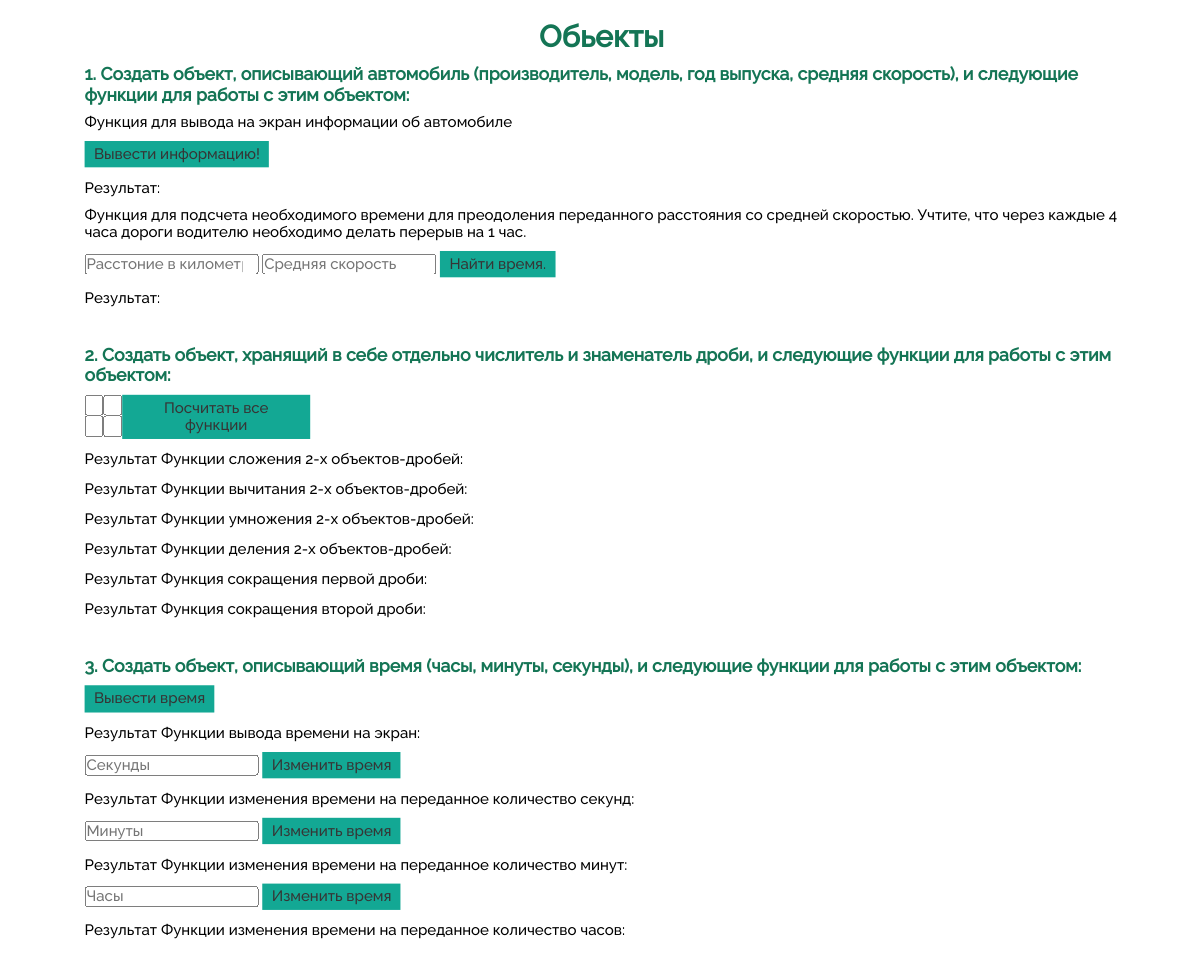
Repository: NastyaGavrilova/Beetroot-js
Page: HW4/index.html
An editor plug-in stored every save of this project. The page is shown before and after the next save, followed by the edit.
The browser window is 1280 px wide. The pictures show the whole page, at 94% of full size.

Above is the page before, as saved 2021-10-23 17:40:03.

After the next save:
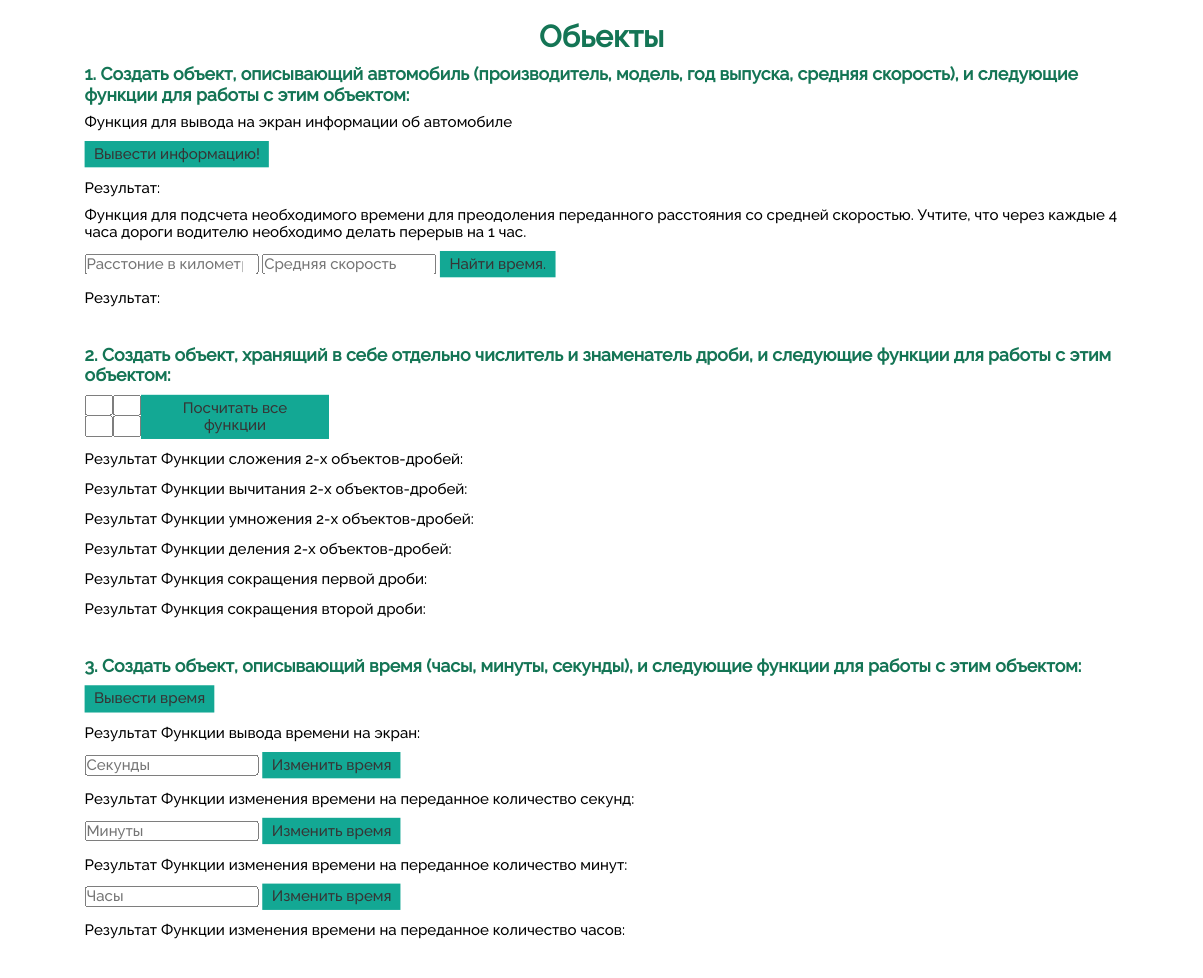
Saved 14 s later.
--- a/HW4/index.css
+++ b/HW4/index.css
@@ -41,7 +41,7 @@ button:active {
   transform: scale(0.9);
 }
 .c-input {
-  max-width: 20px;
+  max-width: 30px;
 }
 .c-task2-form__wrapper {
   display: flex;
